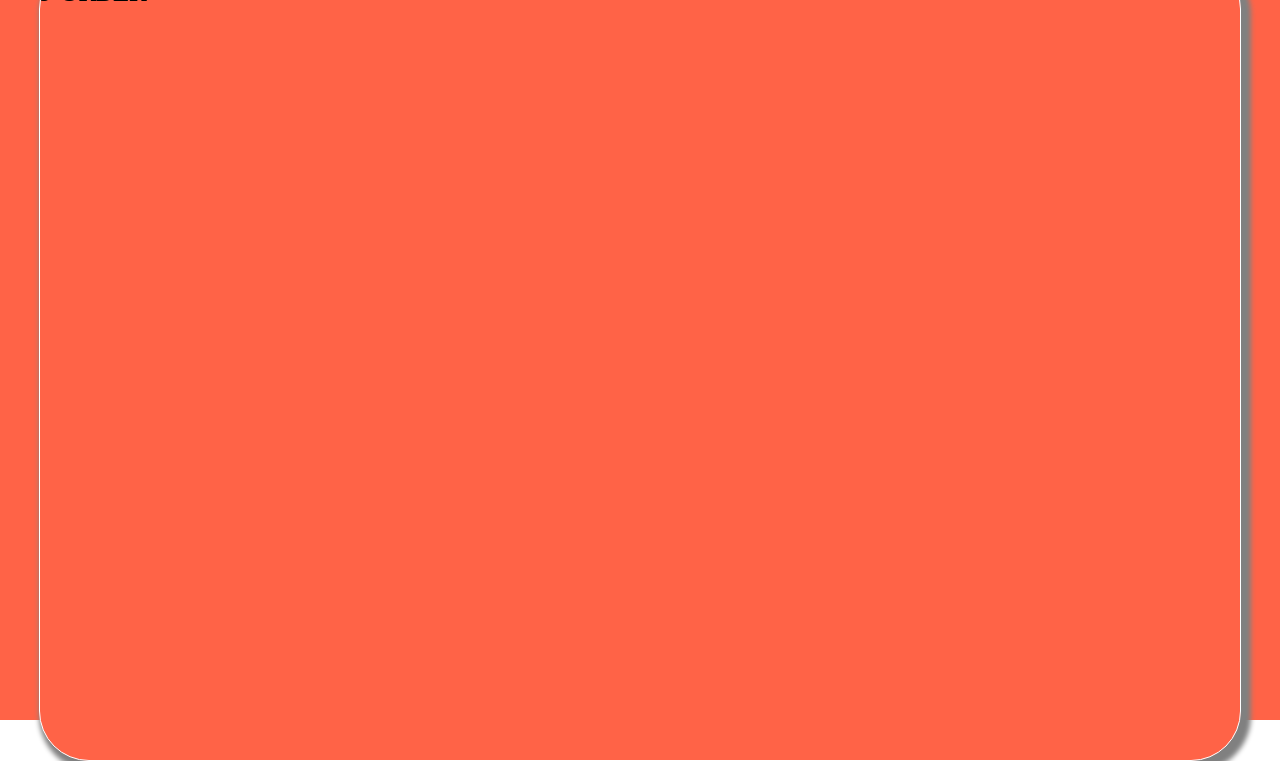
Repository: Devhyeongseon/Academy_Jsp
Page: http://localhost/MyBasic/
An editor plug-in stored every save of this project. The page is shown before and after the next save, followed by the edit.
The browser window is 1280 px wide. The pictures show the whole page.
The page is served by Tomcat 9.

Above is the page before, as saved 2024-01-10 08:21:06.

### MyBasic/src/main/webapp/index.jsp
<%@ page language="java" contentType="text/html; charset=UTF-8"
    pageEncoding="UTF-8"%>
<!DOCTYPE html>
<html>
<head>
<meta charset="UTF-8">
<title>제이오더에 오신걸 환영합니다</title>
<style>
html, body {
	width: 100%;
	height: 100%;
	margin: 0;
	}
.background{
	width: 100vw;
	height: 100vh;
	background-color:tomato;
	display : flex;
    justify-content : center;
    align-items : center;

}
.container{
	width: 1200px;
	height:800px;
	background: tomato;
	border: 1px solid white;
    border-radius: 50px;
    /* padding: 10px 30px; */ /* 더커짐 */
    box-shadow: 5px 5px 5px 5px gray;

}


</style>


</head>
<body>
	<div class="background">
		<div class="container"><h2>J-ORDER</h2>
		</div>
	</div>


</body>
</html>

After the next save:
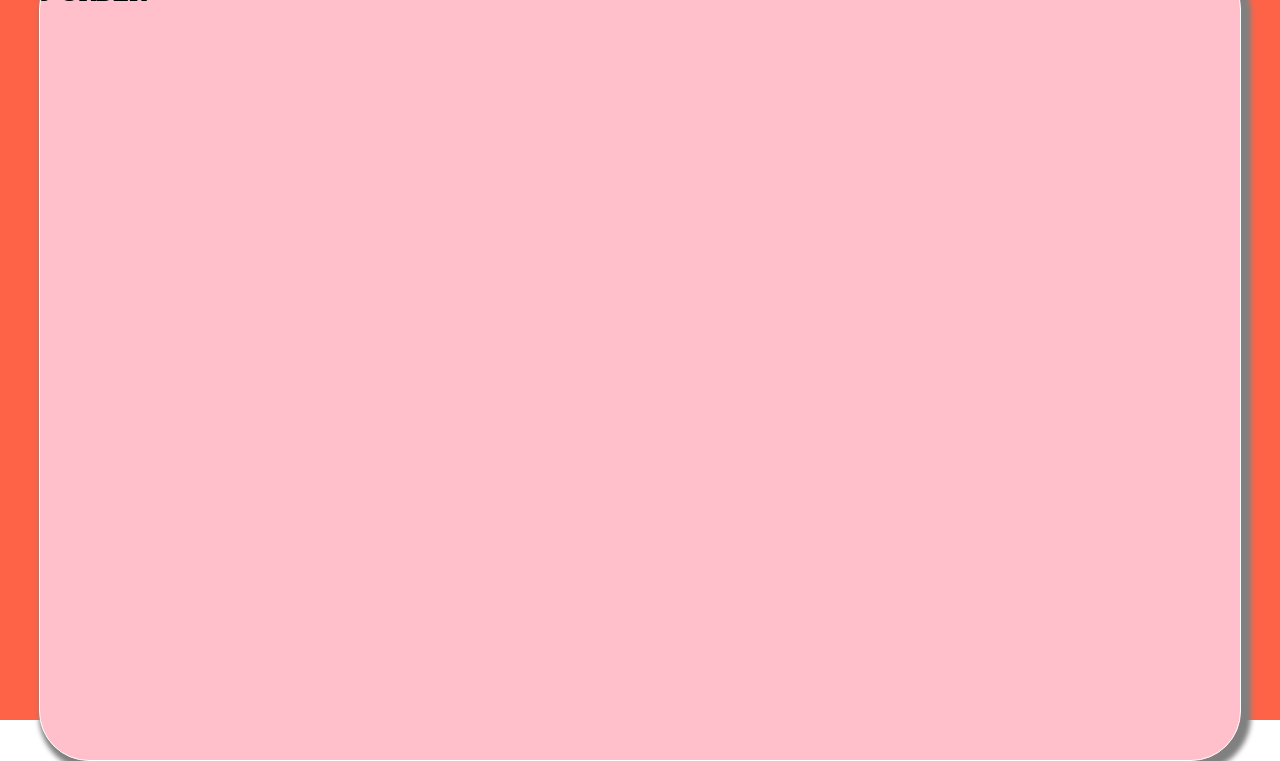
Saved 16 s later.
--- a/MyBasic/src/main/webapp/index.jsp
+++ b/MyBasic/src/main/webapp/index.jsp
@@ -23,7 +23,7 @@ html, body {
 .container{
 	width: 1200px;
 	height:800px;
-	background: tomato;
+	background: pink;
 	border: 1px solid white;
     border-radius: 50px;
     /* padding: 10px 30px; */ /* 더커짐 */
